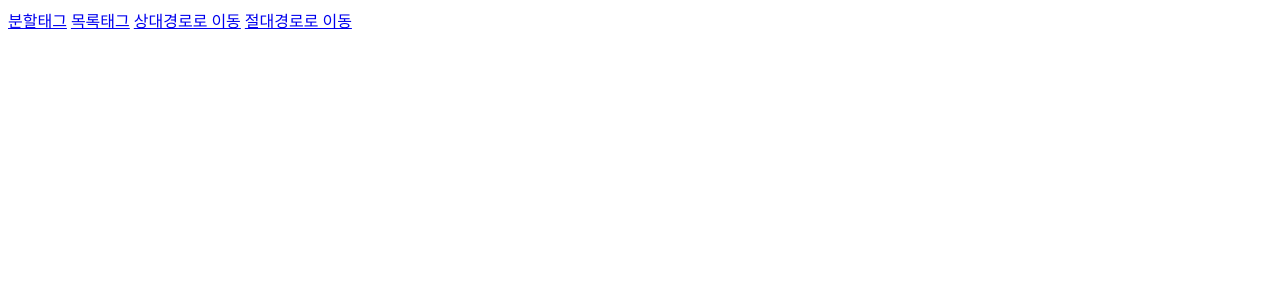
Repository: 753kg/753kg.github.io
Page: KOSTA/webProject/WebContent/02/pagelink.html
The author's editor kept a copy of each file at every save. The page is drawn from the files as they stood at one save, then again after the next save.
The browser window is 1280 px wide. The pictures show the whole page.

Above is the page before, as saved 2021-03-29 06:06:40.

After the next save:
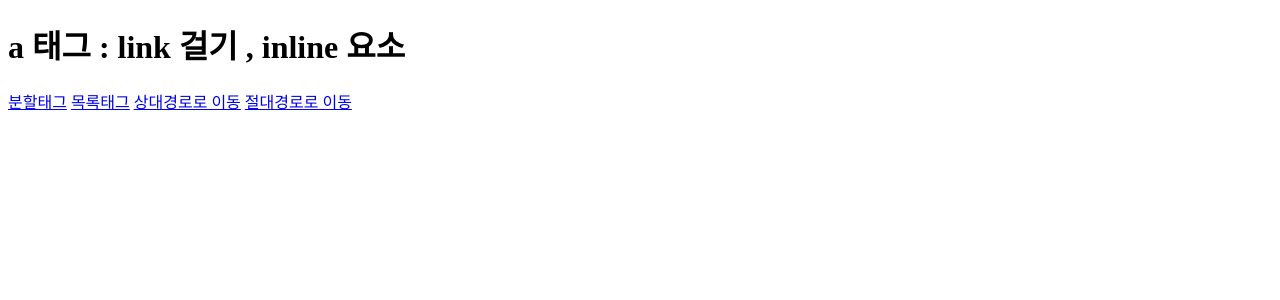
Saved 51 s later.
--- a/KOSTA/webProject/WebContent/02/pagelink.html
+++ b/KOSTA/webProject/WebContent/02/pagelink.html
@@ -5,6 +5,7 @@
 <title>Insert title here</title>
 </head>
 <body>
+<h1>a 태그 : link 걸기 , inline 요소</h1>
 <a href="공간분할태그.html">분할태그</a>
 <a href="ulo.html">목록태그</a>
 <a href="../03/tructure.html">상대경로로 이동</a>
